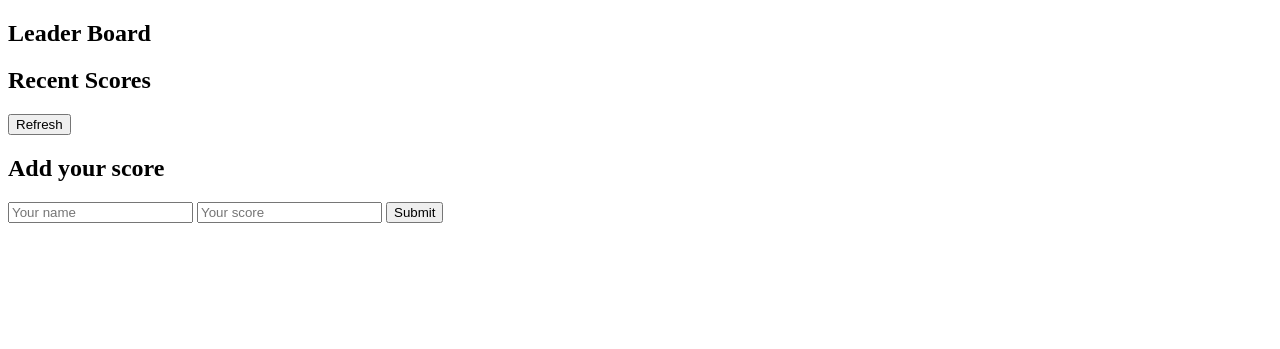
Repository: kennedyowusu/Leaderboard
Page: src/index.html
The author's editor kept a copy of each file at every save. The page is drawn from the files as they stood at one save, then again after the next save.
The browser window is 1280 px wide. The pictures show the whole page.

Above is the page before, as saved 2022-12-20 15:01:45.

### src/index.html
<!DOCTYPE html>
<html lang="en">

<head>
 <meta charset="UTF-8">
 <meta http-equiv="X-UA-Compatible" content="IE=edge">
 <meta name="viewport" content="width=device-width, initial-scale=1.0">
 <title>Leader Board</title>
</head>

<body>
 <main>
  <section class="main-container">
   <h1 class="main-title">Leader Board</h1>

   <div class="sub-container">

    <div class="top-section">
     <h2 class="title">Recent Scores</h2>
     <button class="refresh">Refresh</button>
    </div>

    <ul class="score-list" id="scoreList">

    </ul>

     <div class="top-section">
      <h2 class="title">Add your score</h2>
      <form class="form" id="form">
       <input type="text" class="input" id="name" placeholder="Your name">
       <input type="number" class="input" id="score" placeholder="Your score">
       <button class="submit" type="submit">Submit</button>
      </form>
     </div>

   </div>



  </section>
 </main>
</body>
</html>

After the next save:
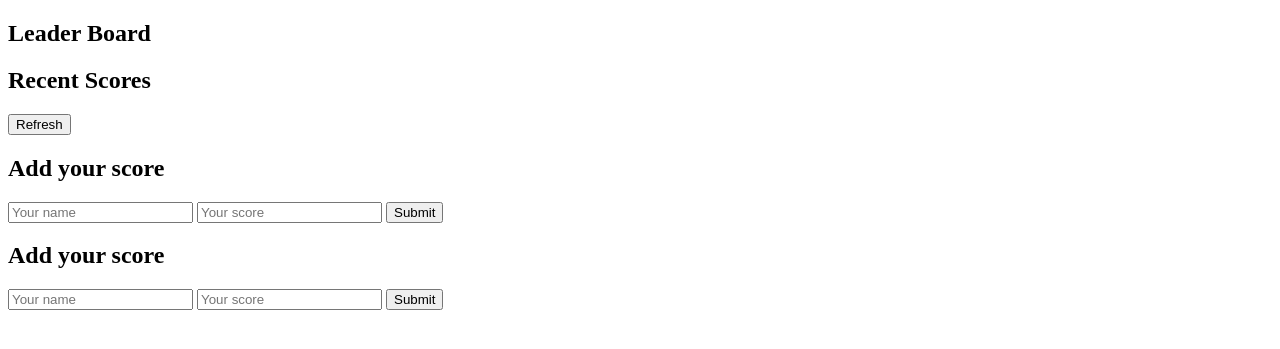
Saved 26 min 52 s later.
--- a/src/index.html
+++ b/src/index.html
@@ -36,6 +36,15 @@
    </div>
 
 
+    <div class="top-section">
+     <h2 class="title">Add your score</h2>
+     <form class="form" id="form">
+      <input type="text" class="input" id="name" placeholder="Your name">
+      <input type="number" class="input" id="score" placeholder="Your score">
+      <button class="submit" type="submit">Submit</button>
+     </form>
+    </div>
+
 
   </section>
  </main>

After the 2 saves that followed:
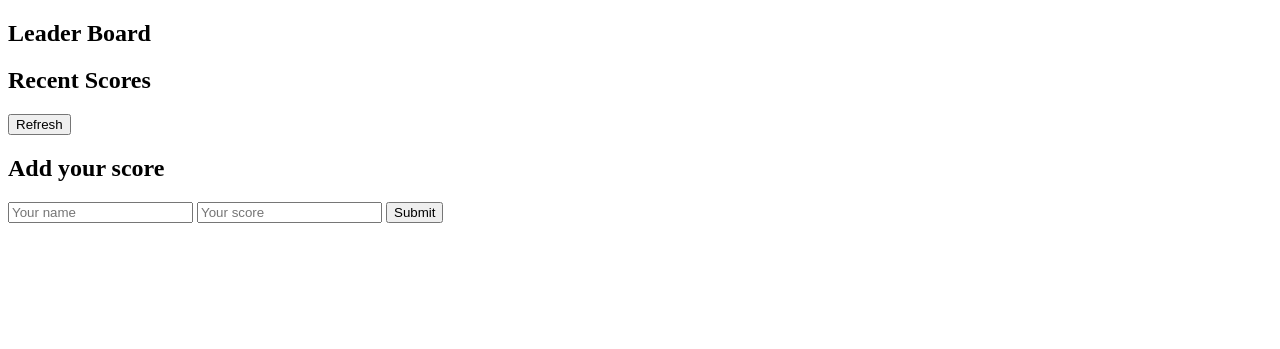
The 2 saves are shown as one change because 1 left the picture as it was.
The last was saved 26 s later.
--- a/src/index.html
+++ b/src/index.html
@@ -24,19 +24,10 @@
 
     </ul>
 
-     <div class="top-section">
-      <h2 class="title">Add your score</h2>
-      <form class="form" id="form">
-       <input type="text" class="input" id="name" placeholder="Your name">
-       <input type="number" class="input" id="score" placeholder="Your score">
-       <button class="submit" type="submit">Submit</button>
-      </form>
-     </div>
-
    </div>
 
 
-    <div class="top-section">
+    <div class="a-top-section">
      <h2 class="title">Add your score</h2>
      <form class="form" id="form">
       <input type="text" class="input" id="name" placeholder="Your name">
